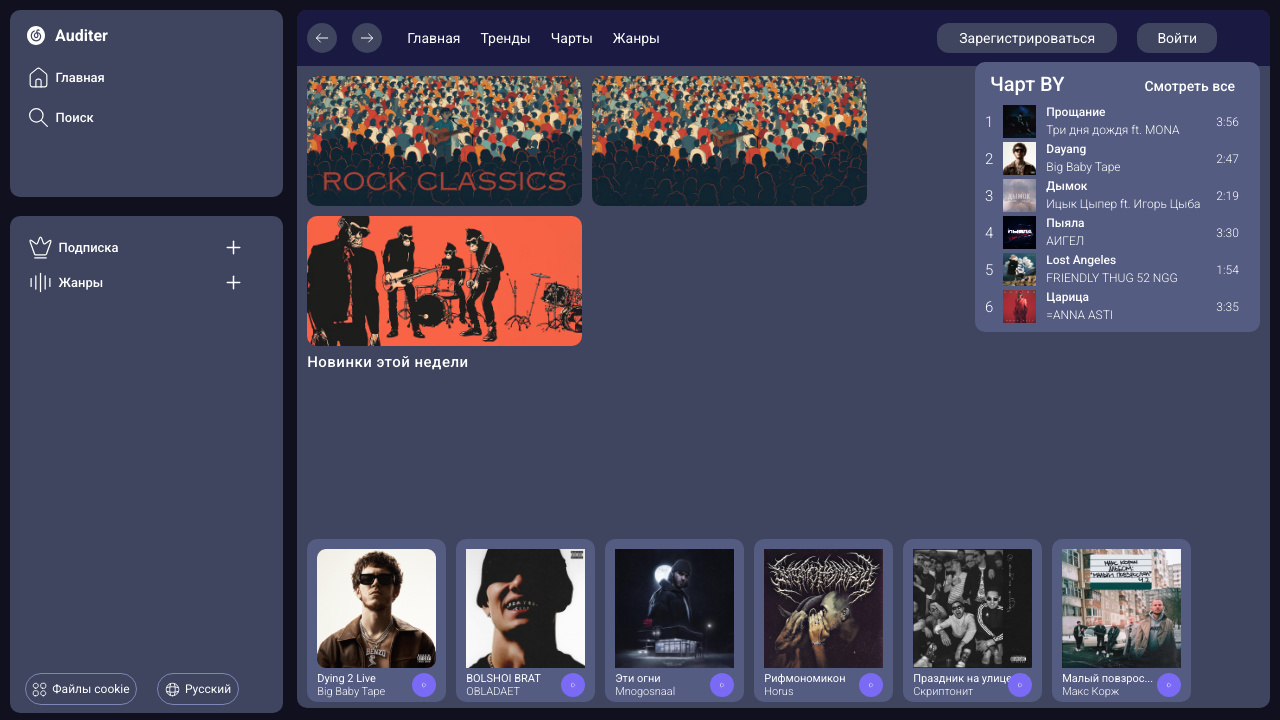
Repository: MaksimKrupkin/music_app
Page: /
An editor plug-in stored every save of this project. The page is shown before and after the next save, followed by the edit.
The browser window is 1280 px wide. The pictures show the whole page.
The project was rebuilt for these pictures with package versions that can differ from the ones it lists, and the page was loaded fresh each time. Also part of the build but not shown: vite.config.ts.

Above is the page before, as saved 2024-02-22 23:55:31.

After the next save:
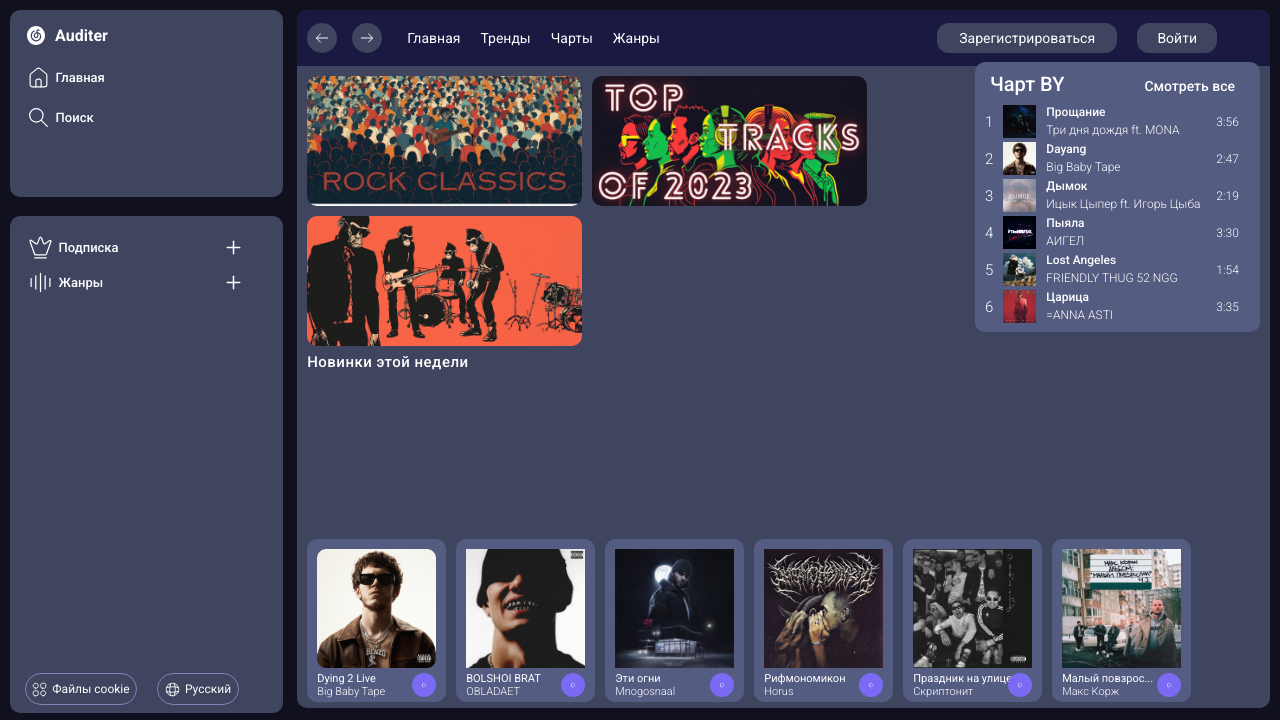
Saved 2 min 34 s later.
--- a/src/Components/MainScreen/MainScreen.tsx
+++ b/src/Components/MainScreen/MainScreen.tsx
@@ -3,8 +3,8 @@
 import MainScreenHeader from '../MainScreenHeader/MainScreenHeader';
 import Charts from './Charts/Charts';
 import Card from '../Card/Card';
-import block1 from '../../assets/img/block1.jpg';
-import block2 from '../../assets/img/block2.jpg';
+import block1 from '../../assets/img/block1.png';
+import block2 from '../../assets/img/block2.png';
 // import block3 from '../../assets/img/block3.jpg';
 import block4 from '../../assets/img/block4.jpg';
 
